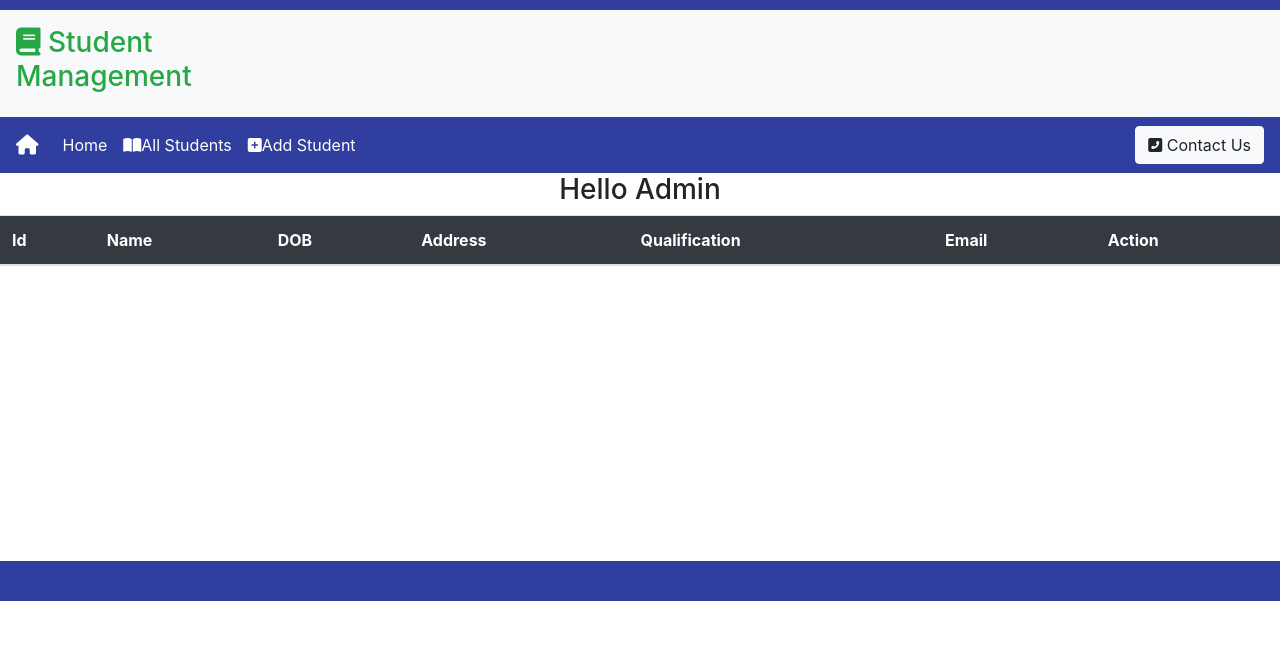
Repository: Vishwas34/CODSOFT
Page: http://localhost/StudentManagment/ShowAllStudents.jsp
These files come from the project's save history. The page is drawn as it stood at one moment and after the next save; the edit follows.
The browser window is 1280 px wide. The pictures show the whole page.
Some web libraries are served in a nearby version. The page is served by Tomcat 9. Queries for data that is not in the repository find no rows.

Above is the page before, as saved 2024-06-05 12:30:19.

After the next save:
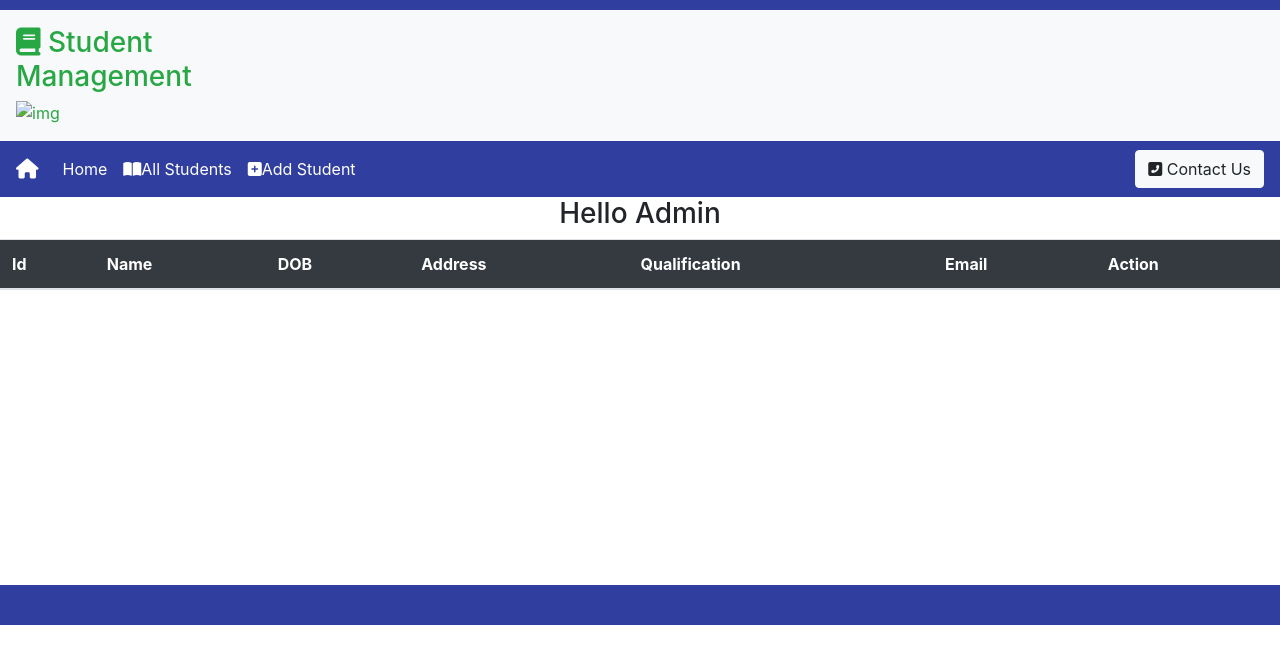
Saved 41 s later.
--- a/StudentManagment/WebContent/navbar.jsp
+++ b/StudentManagment/WebContent/navbar.jsp
@@ -5,6 +5,7 @@
     <div class="row">
         <div class="col-md-3 text-success">
             <h3><i class="fas fa-book"></i> Student Management</h3>
+            <img src="" alt="img"/>
         </div>
         <div class="col-md-6">
              </div>
